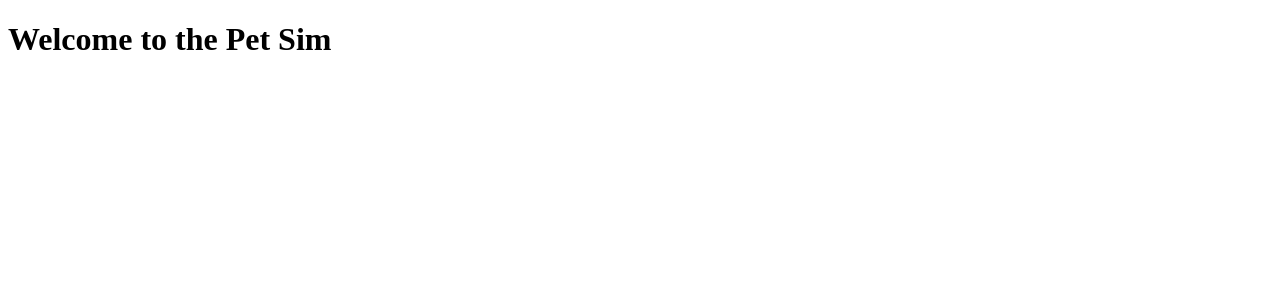
Repository: sarahjx/CapyCare
Page: landingpage.html
The author's editor kept a copy of each file at every save. The page is drawn from the files as they stood at one save, then again after the next save.
The browser window is 1280 px wide. The pictures show the whole page.

Above is the page before, as saved 2025-04-18 00:09:01.

### landingpage.html
<!DOCTYPE html>
<html lang="en">
<head>
    <meta charset="UTF-8">
    <meta name="viewport" content="width=device-width, initial-scale=1.0">
    <title></title>
    <link rel="preconnect" href="https://fonts.googleapis.com">
<link rel="preconnect" href="https://fonts.gstatic.com" crossorigin>
<link href="https://fonts.googleapis.com/css2?family=Fredoka:wght@300..700&display=swap" rel="stylesheet">
</head>
<body>
    <h1>Welcome to the Pet Sim</h1>

</body>
</html>

After the next save:
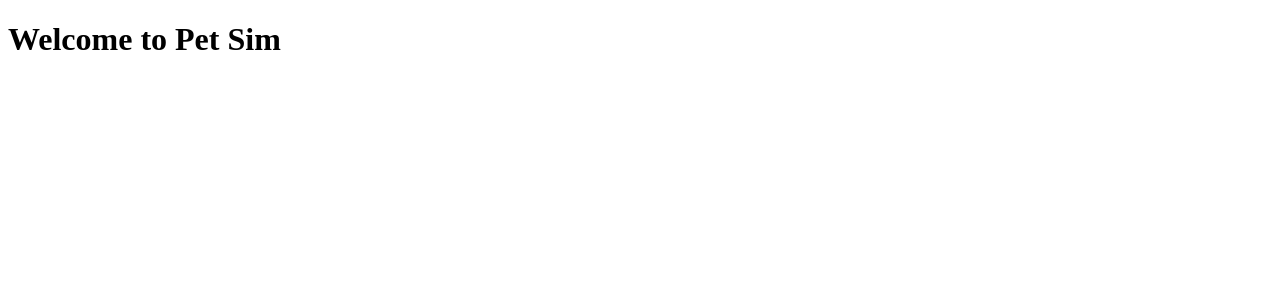
Saved 4 s later.
--- a/landingpage.html
+++ b/landingpage.html
@@ -9,7 +9,7 @@
 <link href="https://fonts.googleapis.com/css2?family=Fredoka:wght@300..700&display=swap" rel="stylesheet">
 </head>
 <body>
-    <h1>Welcome to the Pet Sim</h1>
+    <h1>Welcome to Pet Sim</h1>
 
 </body>
 </html>
